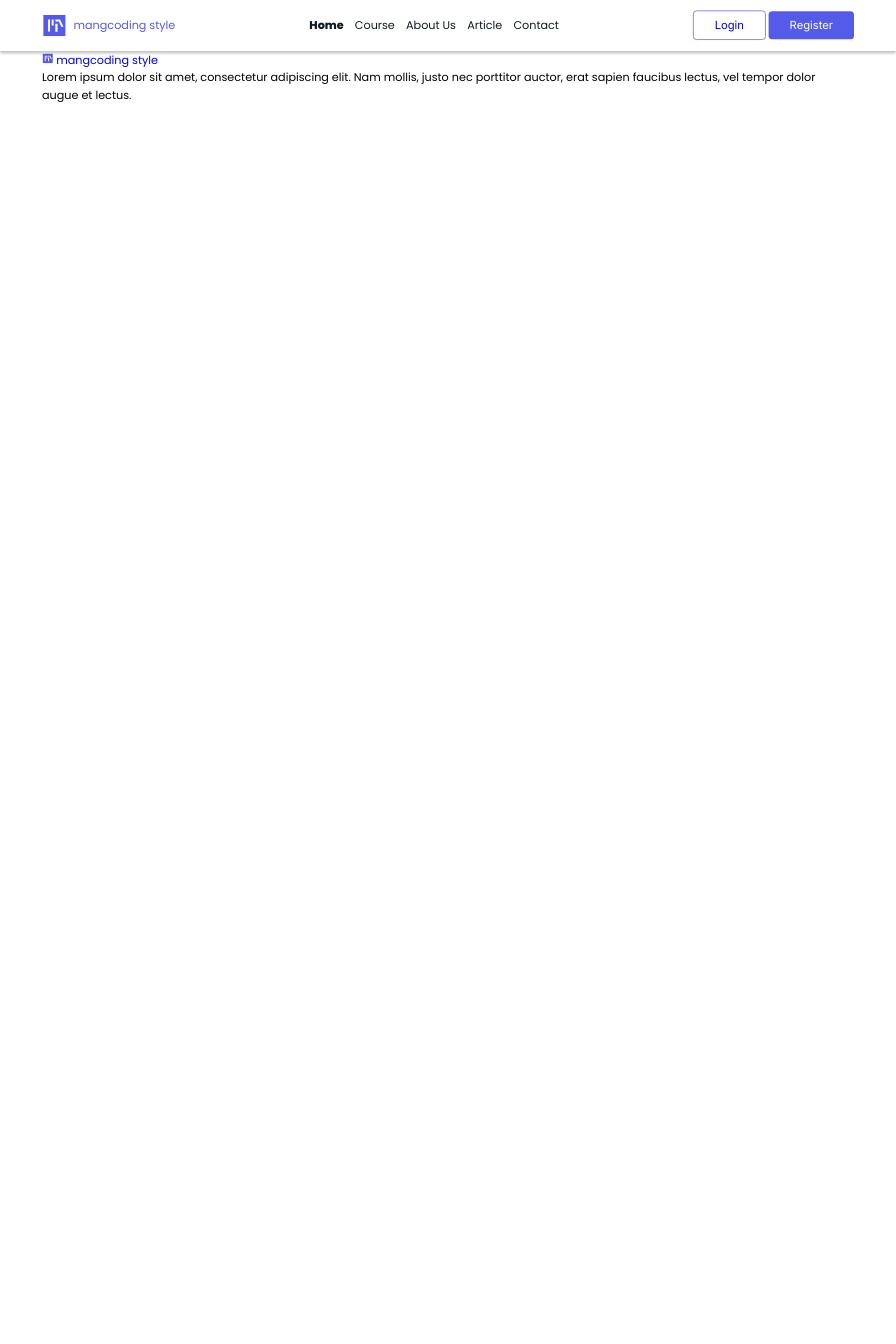
Repository: Dania-Alqam/landing-page
Page: index.html
These files come from the project's save history. The page is drawn as it stood at one moment and after the next save; the edit follows.
The browser window is 1280 px wide. The pictures show the part of the page from y = 0 to 1920 px (the page is 5000 px tall), at 70% of full size.

Above is the page before, as saved 2024-06-21 23:31:58.

### index.html
<!DOCTYPE html>
<html lang="en">
  <head>
    <meta charset="UTF-8" />
    <meta name="viewport" content="width=device-width, initial-scale=1.0" />
    <title>Document</title>
    <link rel="stylesheet" href="./assests/css/main.css" />
  </head>
  <body>
    <header class="header">
      <div class="container">
        <div class="row">
          <div class="logo">
            <img src="./assests/images/public/Logo.svg" alt="logo" />
            <a href="#">mangcoding style</a>
          </div>
          <nav class="nav">
            <ul>
              <li>
                <a href="#" class="active">Home</a>
              </li>
              <li>
                <a href="#">Course</a>
              </li>
              <li>
                <a href="#">About Us</a>
              </li>
              <li>
                <a href="#">Article</a>
              </li>
              <li>
                <a href="#">Contact</a>
              </li>
            </ul>
          </nav>
          <div class="auth">
            <a href="#">Login</a>
            <a href="#">Register</a>
          </div>
        </div>
      </div>
    </header>

    <footer class="footer">
        <div class="container">
            <div class="row">
            <div class="footer-start">
                <div class="logo">
                    <img src="./assests/images/public/Logo.svg" alt="logo"/>
                    <a href="#">mangcoding style</a>
                </div>
                <p>Lorem ipsum dolor sit amet, consectetur adipiscing elit. Nam mollis, justo nec porttitor auctor, erat sapien faucibus lectus, vel tempor dolor augue et lectus. </p>
                <div class="icons">
                    <a href="#"><img src="./assests/images/public/facebok.svg"/></a>
                    <a href="#"><img src="./assests/images/public/instagram.svg"/></a>
                    <a href="#"><img src="./assests/images/public/linkedin.svg"/></a>
                    <a href="#"><img src="./assests/images/public/twitter.svg"/></a>
                </div>
            </div>
            <div class="footer-end">

            </div>
            </div>
        </div>
    </footer>
</body>
</html>

### assests/css/main.css
@import url(./public.css);
.header{
    /* it will not work becuase we added contianer so we add row*/
    /* display: flex; */
    position: sticky;
    top: 0;
    box-shadow: 0px 4px 4px rgba(0, 0, 0, 0.25);
    padding: 20px 0 ;
}

.nav ul{
    display: flex;
    flex-wrap: wrap;
    gap: 16px;
}
.header .logo{
    display: flex;
    flex-wrap: wrap;
    align-items: center;
    gap: 10px;
}
.header .logo img{
    width: 35px;
}

.header .logo a{
color: var(--mainColor);
}

.header .nav a{
    color: #101928;
}

.header .nav a:hover{
    color: var(--mainColor);
}
/* For the home bold*/
.active{
font-weight: 800;
}
/* common properities*/
.header .auth a{
    font-family: var(--subFont);
    padding: 10px 30px;
    border-radius: 5px;

}
.header .auth a:first-of-type{
    border: 1px solid var(--mainColor);
}
.header .auth a:last-of-type{
    background-color: var(--mainColor);
    color: white;
}
@media (max-width:900px) {
    .header .nav{
        display: none;
    }
}
.footer{

}

### assests/css/public.css
@import url('https://fonts.googleapis.com/css2?family=Poppins:ital,wght@0,100;0,200;0,300;0,400;0,500;0,600;0,700;0,800;0,900;1,100;1,200;1,300;1,400;1,500;1,600;1,700;1,800;1,900&display=swap');
@import url('https://fonts.googleapis.com/css2?family=Inter:wght@100..900&display=swap');

*{
    margin: 0;
    padding: 0;
    box-sizing: border-box;
}
:root{
    --mainFont: "Poppins", sans-serif;
    --subFont:  "Inter", sans-serif;
    --mainColor: #545BE8;

}
body{
    font-family: var(--mainFont);
    height: 5000px;
}
a{
    text-decoration: none;
}
ul{
    list-style: none;
}
.row{
    display: flex;
    justify-content: space-between;
    align-items: center;
    flex-wrap: wrap;

}

.container{
    /* width from fugma is 60px from each side*/
    width: calc(100% - 120px);
    margin: auto;
}

After the next save:
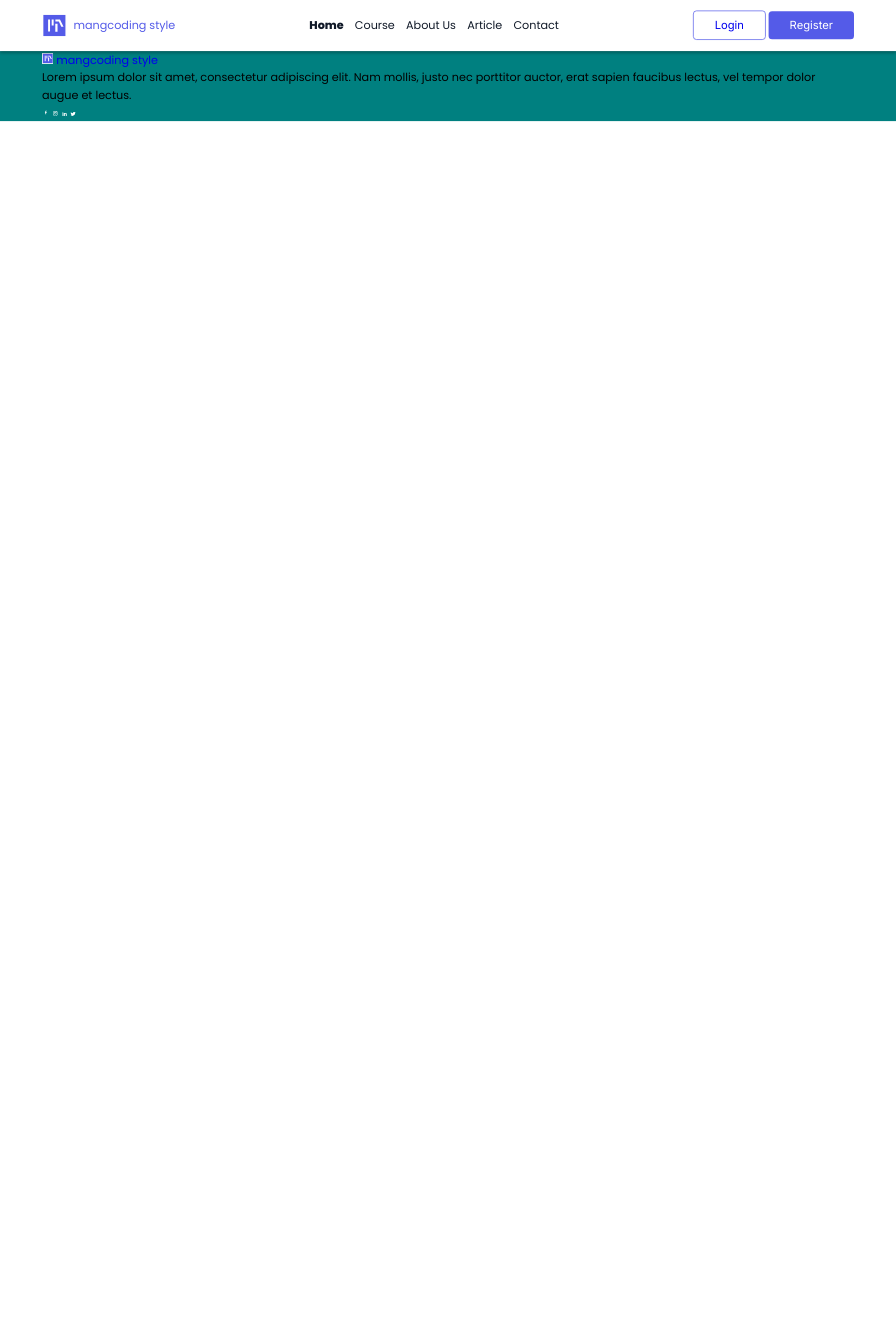
Saved 5 s later.
--- a/assests/css/main.css
+++ b/assests/css/main.css
@@ -58,5 +58,5 @@ font-weight: 800;
     }
 }
 .footer{
-
+    background-color: teal;
 }
